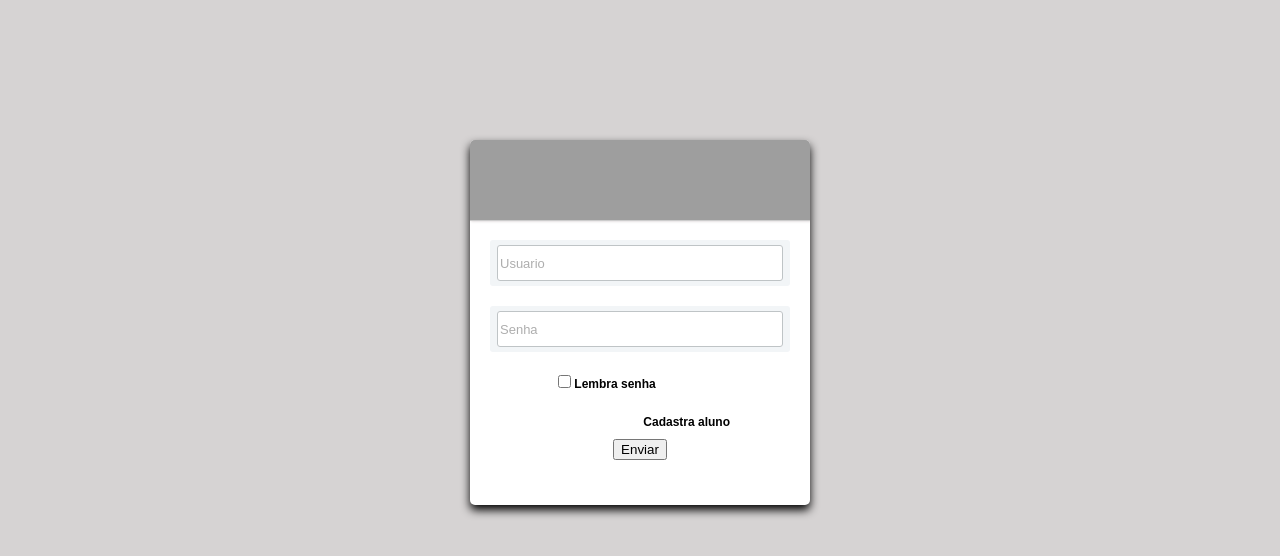
Repository: luisjonson/ProjetoWebAcademia
Page: http://localhost/RepositorioWebProject/Login.jsp
These files come from the project's save history. The page is drawn as it stood at one moment and after the next save; the edit follows.
The browser window is 1280 px wide. The pictures show the whole page.
Pictures or frames that could not be fetched are drawn as grey boxes. The page is served by Tomcat 9.

Above is the page before, as saved 2017-04-10 02:05:51.

After the next save:
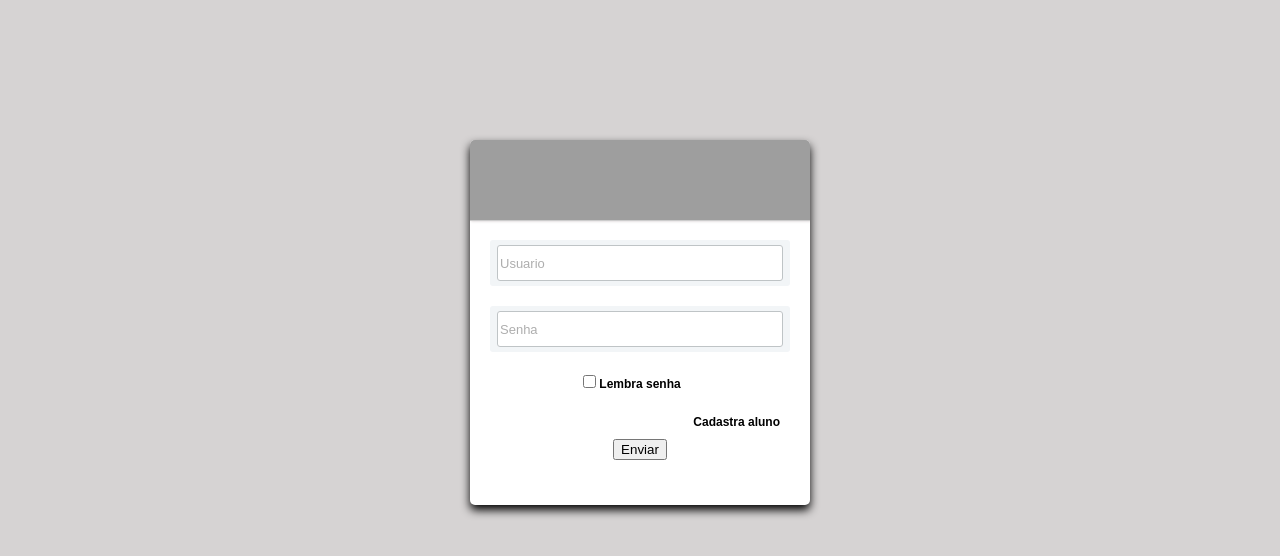
Saved 11 s later.
--- a/Projeto_Web/RepositorioWebProject/WebContent/Login.jsp
+++ b/Projeto_Web/RepositorioWebProject/WebContent/Login.jsp
@@ -82,7 +82,7 @@ body {
   }
 
   #botoes{
-    width:250px;
+    width:300px;
     margin-left:10px;
   }
 
